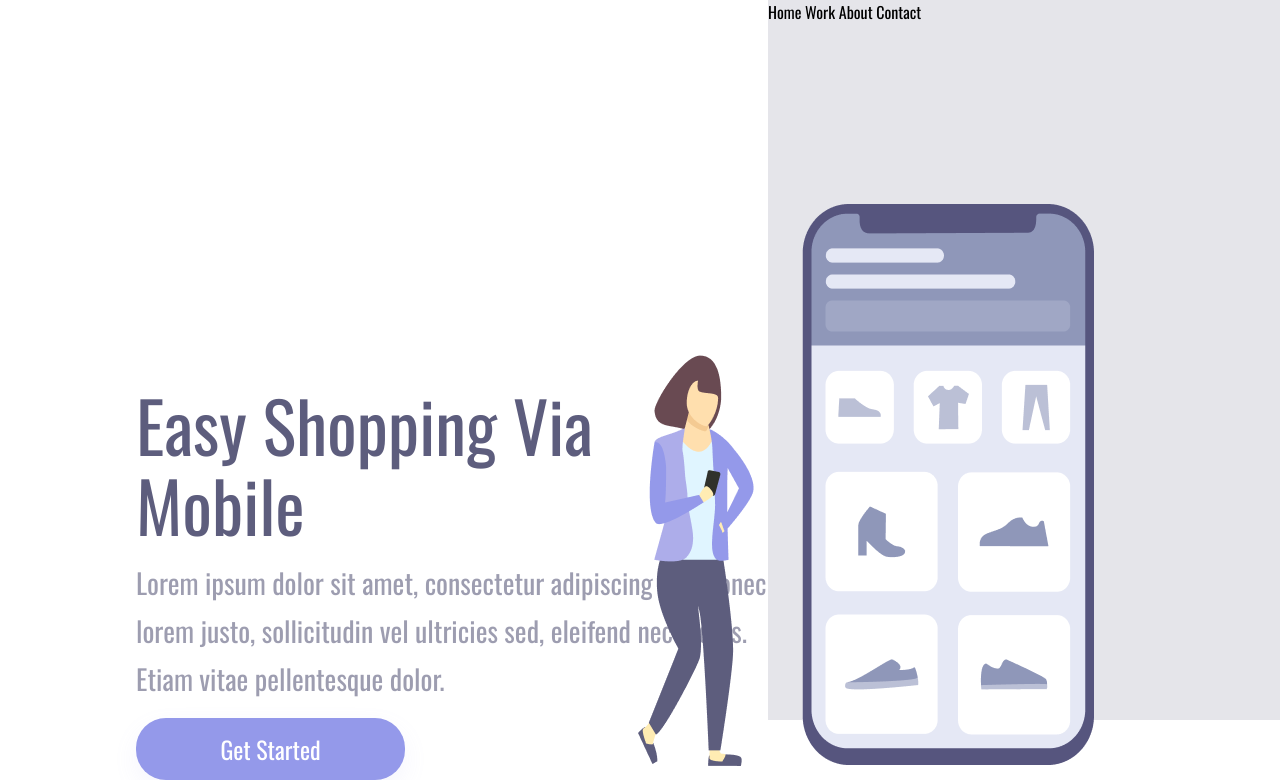
Repository: Leo-Marques-882/Projeto-Git-2
Page: index.html
The author's editor kept a copy of each file at every save. The page is drawn from the files as they stood at one save, then again after the next save.
The browser window is 1280 px wide. The pictures show the whole page.

Above is the page before, as saved 2023-03-06 23:54:15.

After the next save:
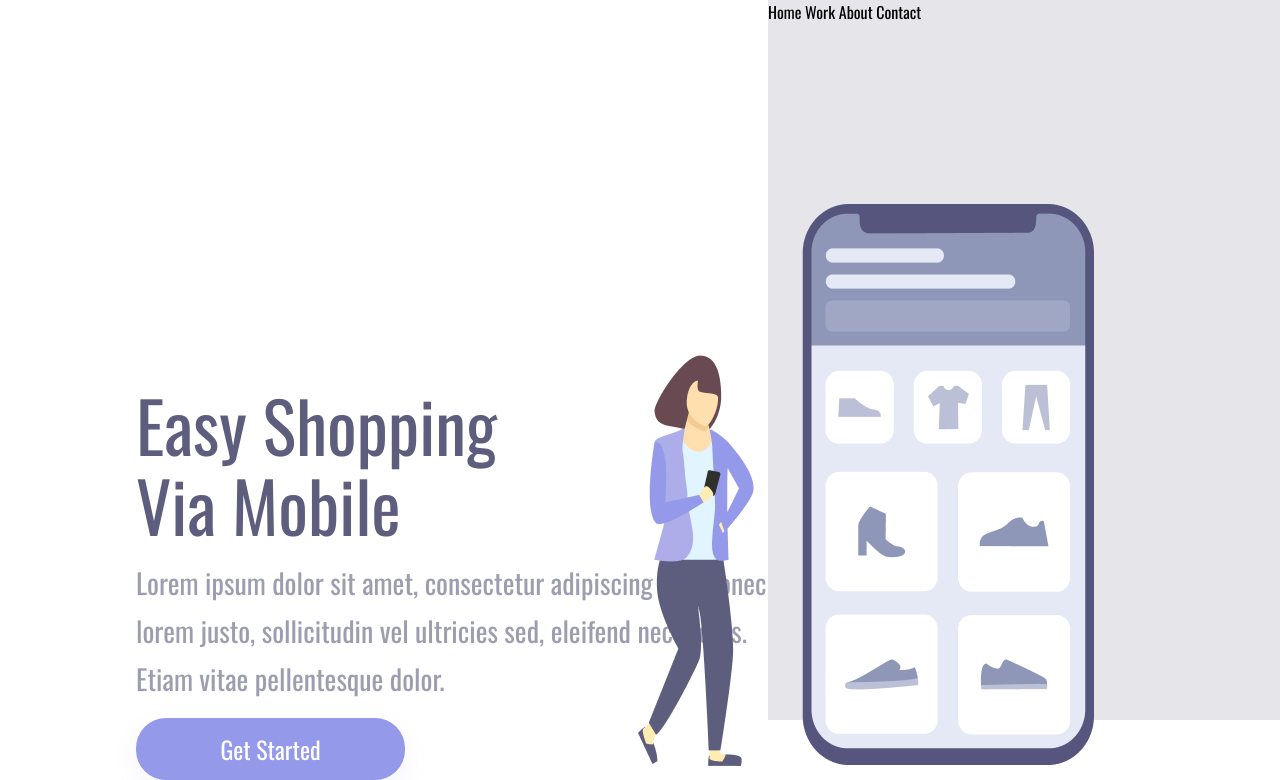
Saved 97 s later.
--- a/styless.css
+++ b/styless.css
@@ -23,6 +23,7 @@
     font-size: 70px;
     line-height: 80px;
     color: #5D5D7D;
+    width: 368px;
 }
 
 p {
